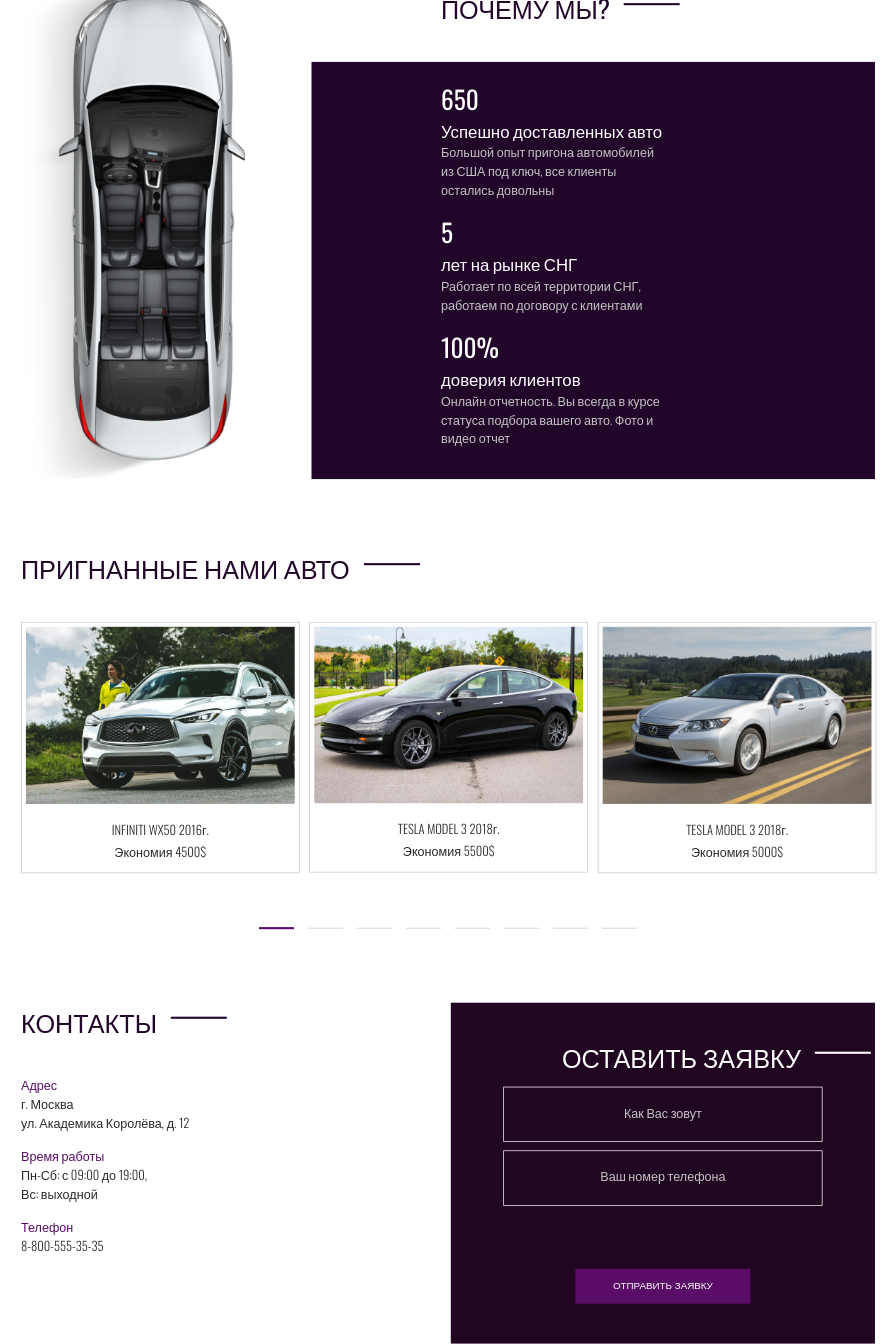
Repository: AlexandrLewandowski/site-1
Page: index.html
These files come from the project's save history. The page is drawn as it stood at one moment and after a run of saves; the edit follows.
The browser window is 1280 px wide. The pictures show the part of the page from y = 2008 to 3928 px (the page is 3928 px tall before and 3924 px after), at 70% of full size.

Above is the page before, as saved 2024-05-06 21:44:54.

After the next 2 saves:
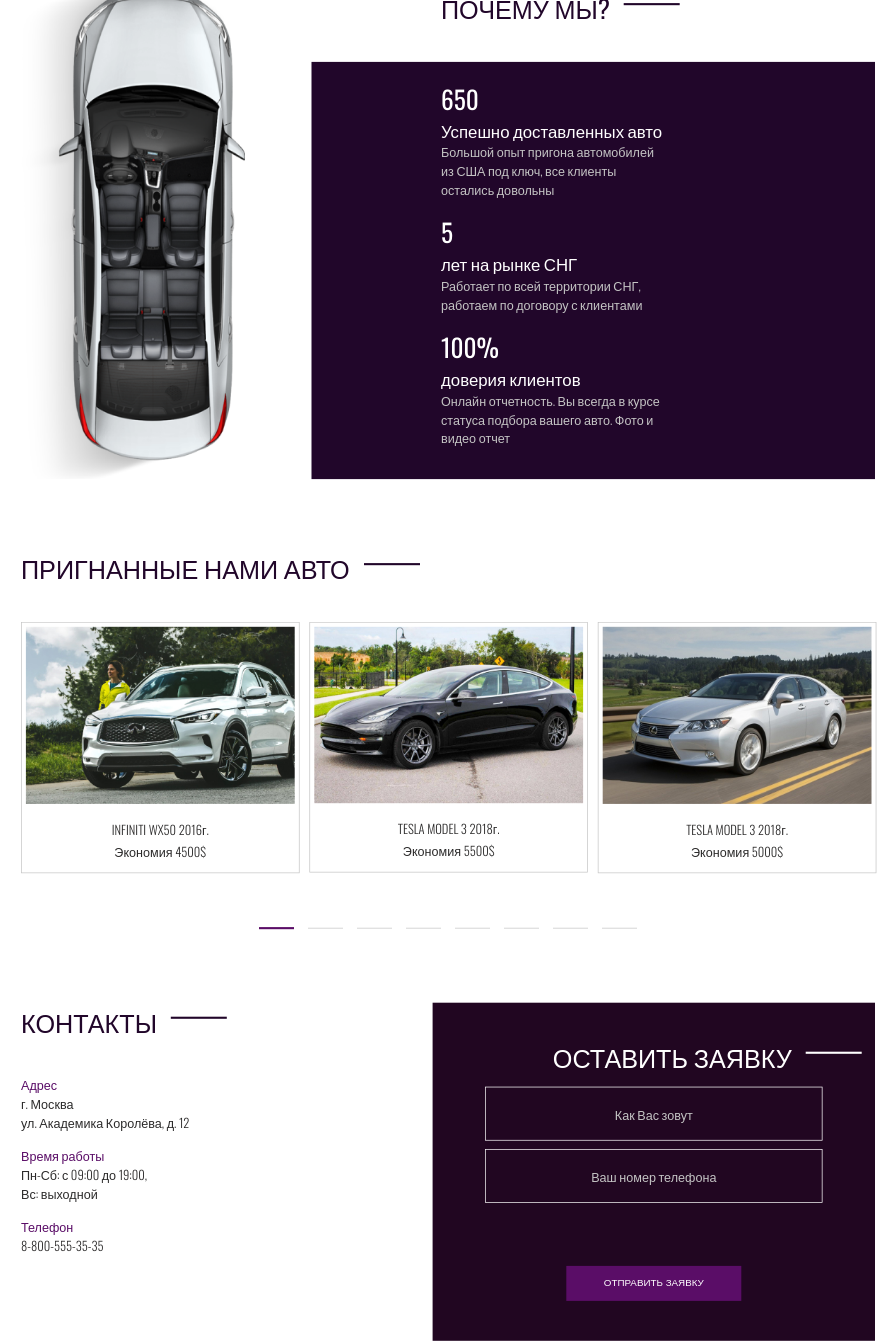
The 2 saves are shown as one change because they came seconds apart.
The last was saved 17 h 50 min later.
--- a/css/style.css
+++ b/css/style.css
@@ -369,7 +369,9 @@
     border: 1px solid #fff;
     margin-bottom: 12px;
     display: block;
-
+    font-size: 25px;
+    padding: 0 15px;
+    text-align: center;
 }
 
 .contacts__input::placeholder {
